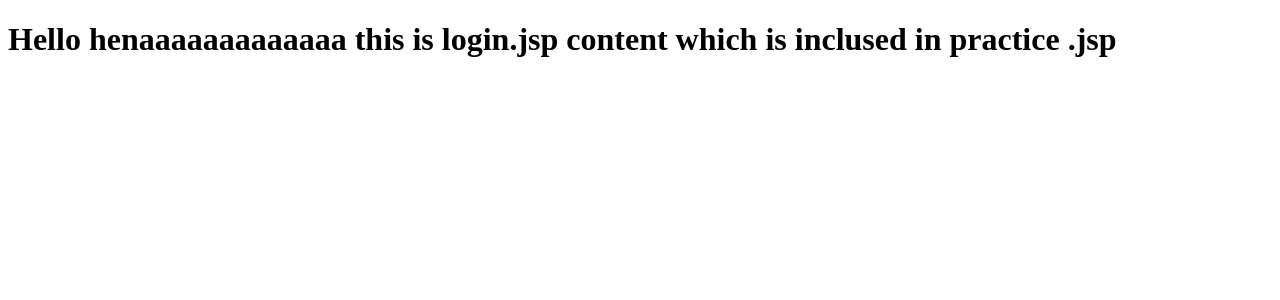
Repository: heenasalim/Java_Script
Page: http://localhost/JsphDemo/Login.jsp
The author's editor kept a copy of each file at every save. The page is drawn from the files as they stood at one save, then again after a run of saves.
The browser window is 1280 px wide. The pictures show the whole page.
The page is served by Tomcat 9.

Above is the page before, as saved 2015-10-15 17:35:54.

After the next 5 saves:
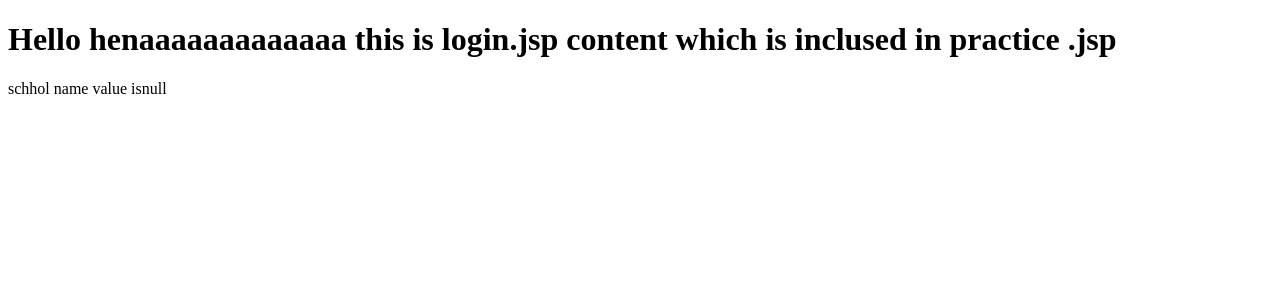
The 5 saves are shown as one change because 3 did not build or start and some came seconds apart.
The last was saved 62 s later.
--- a/JsphDemo/WebContent/Login.jsp
+++ b/JsphDemo/WebContent/Login.jsp
@@ -10,6 +10,7 @@
 <h1>Hello   henaaaaaaaaaaaaa    this  is  login.jsp  content  which  is  inclused  in  practice .jsp</h1>
 <%
 String  h=request.getParameter("schoolname");
+out.println("schhol  name  value  is" +  h);
 %>
 </body>
 </html>
